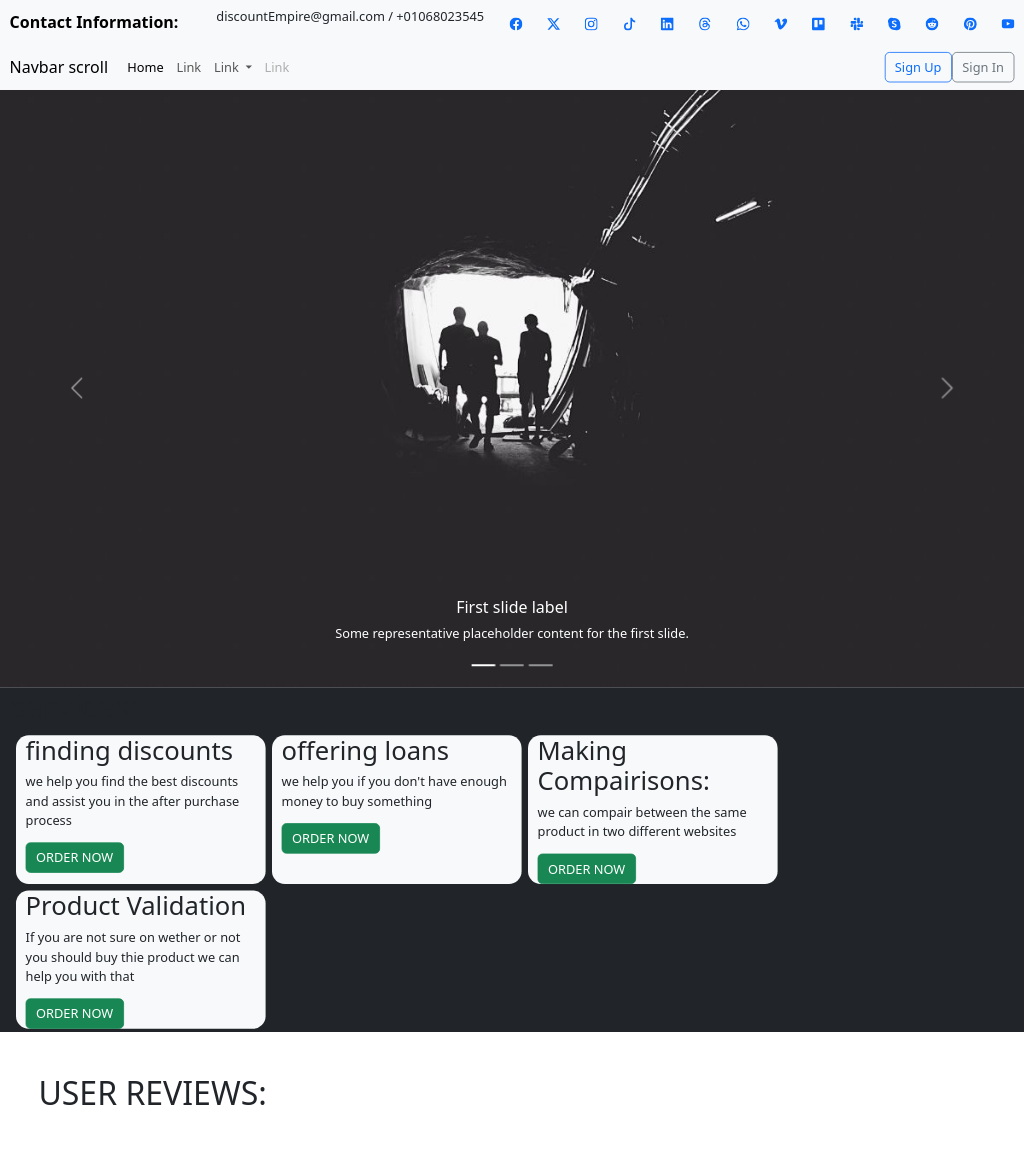
Repository: HaziimYassien/The-Discount-Empire
Page: index.html
The author's editor kept a copy of each file at every save. The page is drawn from the files as they stood at one save, then again after the next save.
The browser window is 1280 px wide. The pictures show the whole page, at 80% of full size.

Above is the page before, as saved 2024-01-24 19:42:16.

After the next save:
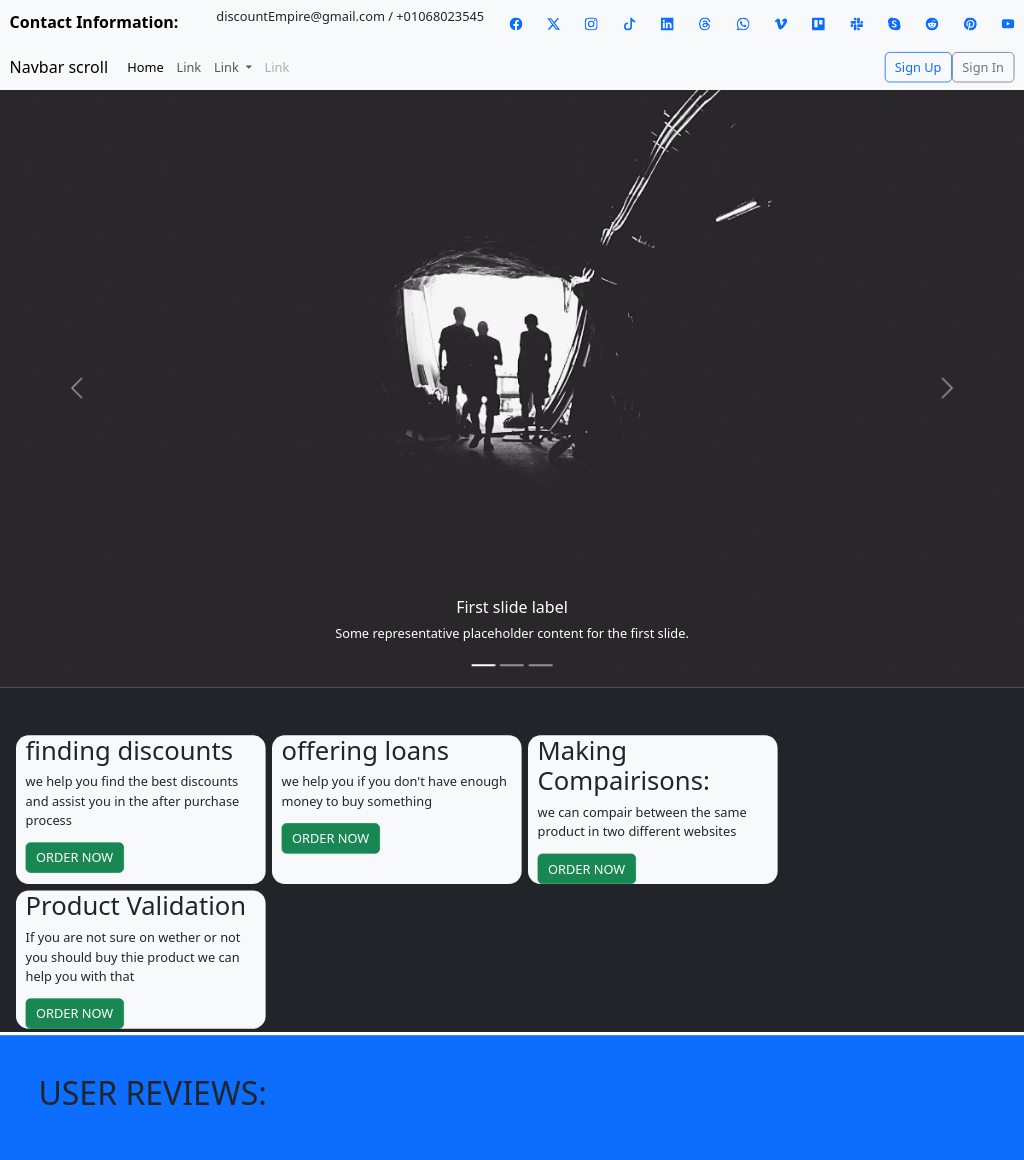
Saved 4 s later.
--- a/index.html
+++ b/index.html
@@ -237,7 +237,7 @@
 
 
     <!-- START _reviews -->
-    <section class="container-fluid p-5 ">
+    <section class="container-fluid p-5 bg-primary">
       <h1>USER REVIEWS: </h1>
       <div class="row m-1">
 
